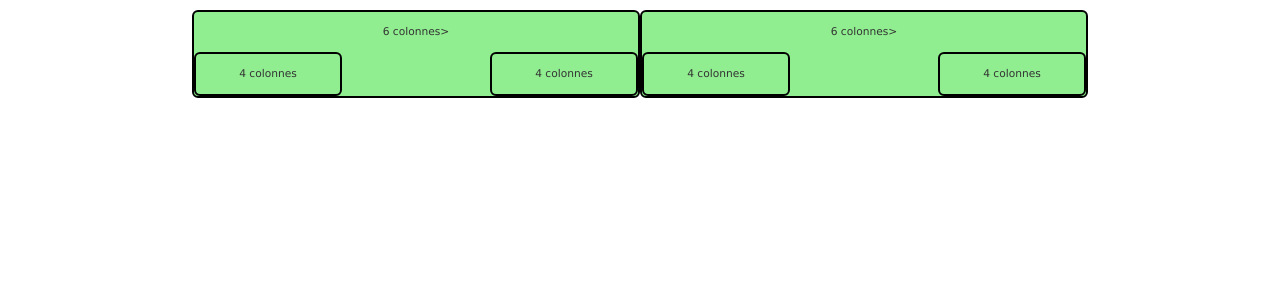
Repository: dridrii/COMPET-BLOC
Page: http://localhost/COMPET-BLOC/
An editor plug-in stored every save of this project. The page is shown before and after the next save, followed by the edit.
The browser window is 1280 px wide. The pictures show the whole page.
The page is served by Tomcat 9. Other server files are loaded and not shown.

Above is the page before, as saved 2015-07-11 16:30:07.

### COMPET-BLOC/WebContent/index.jsp
<!DOCTYPE html>
<html>
 <head>
    <link href="boostrap/dist/css/bootstrap.css" rel="stylesheet">
    <link href="inc/css/tuto.css" rel="stylesheet">
  </head>
  <body>
    <div class="container">
 		 <div class="row">
   			 <div class="col-md-6"> 6 colonnes>
   			 	<div class="row">
	    			<div class="col-md-4"> 4 colonnes</div>
	    			<div class="col-md-4 col-lg-offset-4"> 4 colonnes</div>
	    		</div>
    		</div>
    		<div class="col-md-6"> 6 colonnes>
   			 	<div class="row">
	    			<div class="col-md-4"> 4 colonnes</div>
	    			<div class="col-md-4 col-lg-offset-4"> 4 colonnes</div>
	    		</div>
    		</div>
    	</div>
	</div>
  </body>
</html>

### COMPET-BLOC/WebContent/inc/css/tuto.css
.container {
	padding-right: 15px;
  	padding-left: 15px;
 	margin-right: auto;
  	margin-left: auto;
}

.row {
  margin-right: -15px;
  margin-left: -15px;
}


.navbar-default {
	background-color: #bfbfbf;
	border-color: #bfbfbf ;
}


.text{
	color: #333333;

}

.img-logo {
	height : 250px;
	width : auto;
}

/* Général ------------------------------------------------------------------------------------- */

body, p, legend, label, input {
    font: normal 8pt verdana, helvetica, sans-serif;
}

fieldset {
    padding: 10px;
    border: 1px #0568CD solid;
}

legend {
    font-weight: bold;
    color: #0568CD;
}

/* Forms --------------------------------------------------------------------------------------- */

form label {
    float: left;
    width: 200px;
    margin: 3px 0px 0px 0px;
}

form input {
    margin: 3px 3px 0px 0px;
    border: 1px #999 solid;
}

form input.sansLabel {
    margin-left: 200px;
}

form .requis {
    color: #c00;
}

body {
  padding-top: 10px;
}
[class*="col-"], footer {
  background-color: lightgreen;
  border: 2px solid black;
  border-radius: 6px;
  line-height: 40px;
  text-align: center;
}

@media (min-width: 768px) {
  .container {
    width: 70%;
  }
}
@media (min-width: 992px) {
  .container {
    width: 70%;
  }
}
@media (min-width: 1200px) {
  .container {
    width: 70%;
  }
}

Loaded but not shown: COMPET-BLOC/WebContent/WEB-INF/taglibs.jsp (common file); COMPET-BLOC/WebContent/boostrap/dist/css/bootstrap.css (library)

After the next save:
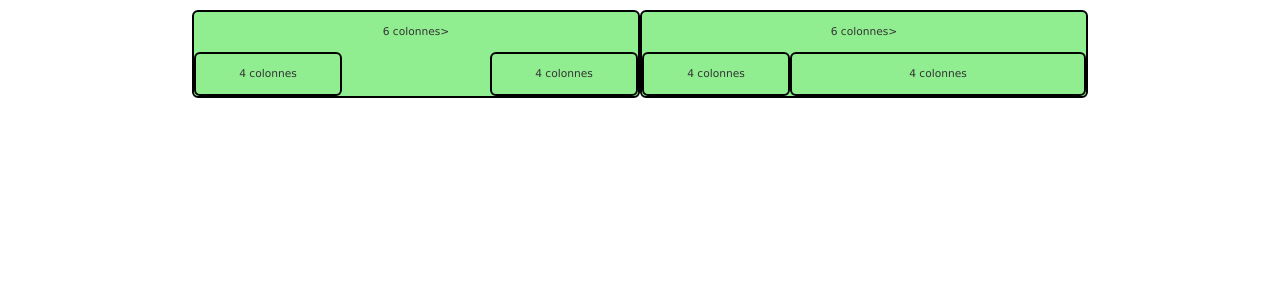
Saved 20 s later.
--- a/COMPET-BLOC/WebContent/index.jsp
+++ b/COMPET-BLOC/WebContent/index.jsp
@@ -16,7 +16,7 @@
     		<div class="col-md-6"> 6 colonnes>
    			 	<div class="row">
 	    			<div class="col-md-4"> 4 colonnes</div>
-	    			<div class="col-md-4 col-lg-offset-4"> 4 colonnes</div>
+	    			<div class="col-md-8"> 4 colonnes</div>
 	    		</div>
     		</div>
     	</div>
